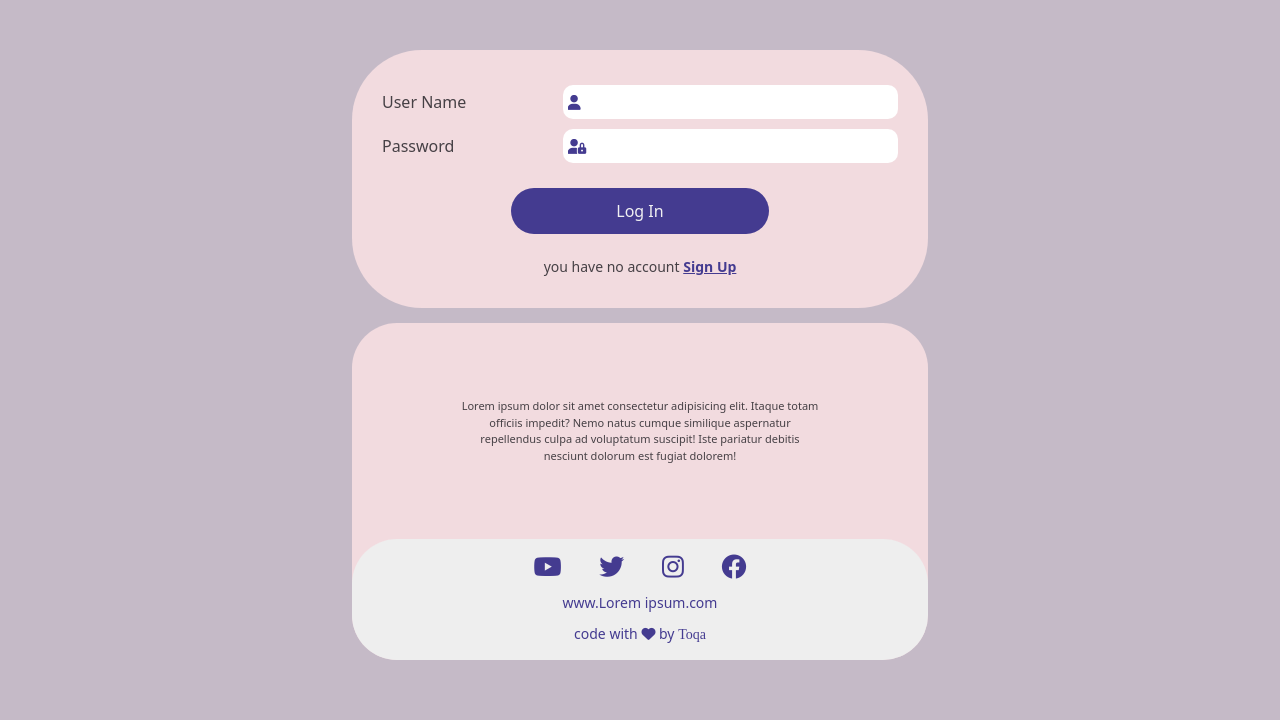
Repository: Toqa-25/register-page-one
Page: log in/index.html
The author's editor kept a copy of each file at every save. The page is drawn from the files as they stood at one save, then again after the next save.
The browser window is 1280 px wide. The pictures show the whole page.
Some web fonts or font styles are not loaded; a fallback is used. Some web libraries are served in a nearby version.

Above is the page before, as saved 2021-12-26 16:32:47.

After the next save:
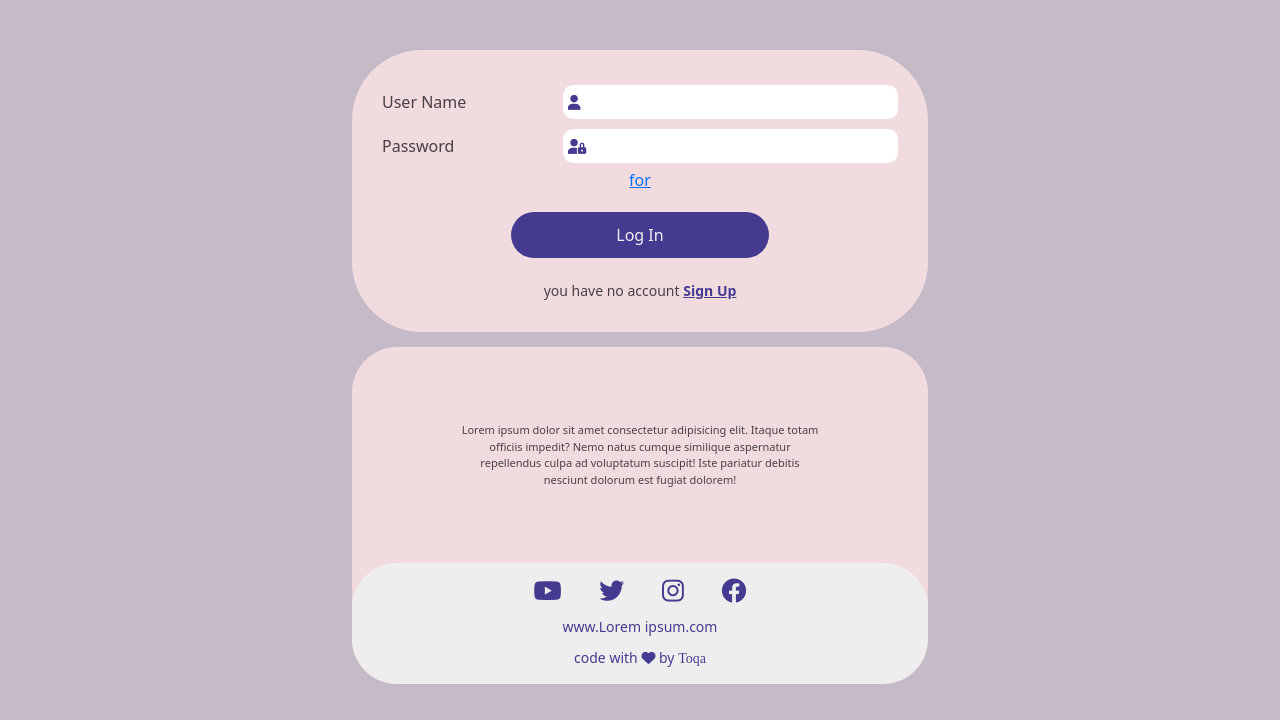
Saved 9 s later.
--- a/log in/index.html
+++ b/log in/index.html
@@ -33,7 +33,7 @@
     <input type="password" name="" id="password" class="input" placeholder="&#xf502;">
     </div>
     <!-- submit btn  -->
-    <a href="http://"></a>
+    <a href="http://">for</a>
     <input type="submit" value="Log In" class="btn sign-log-btn d-block log-btn input-font"  id="sign-btn" >
      <span>you have no account  <a href="../sign up/index.html"> Sign Up </a></span>
 </form>
